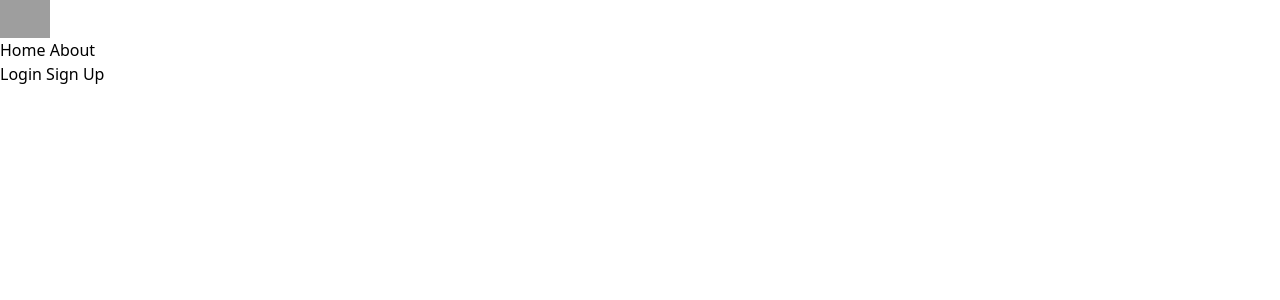
Repository: DaNiels89/tailwind-stawberries
Page: index.html
The author's editor kept a copy of each file at every save. The page is drawn from the files as they stood at one save, then again after the next save.
The browser window is 1280 px wide. The pictures show the whole page.
Pictures or frames that could not be fetched are drawn as grey boxes.

Above is the page before, as saved 2020-08-24 13:16:17.

### index.html
<!DOCTYPE html>
<html lang="en">
  <head>
    <meta charset="UTF-8" />
    <meta name="viewport" content="width=device-width, initial-scale=1.0" />
    <title>Website with Tailwind</title>
    <link
      href="https://unpkg.com/tailwindcss@^1.0/dist/tailwind.min.css"
      rel="stylesheet"
    />
  </head>
  <body>
    <header class="">
      <nav class="">
        <div>
          <img
            src="img/strawberry.png"
            alt="Mountain logo"
            class="Logo"
            width="50"
          />
          <a href="#" class="">Home</a>
          <a href="#" class="">About</a>
        </div>
        <div class="">
          <a href="#" class="">Login</a>
          <a href="#" class="">Sign Up</a>
        </div>
      </nav>
    </header>
    <main class=""></main>
    <footer class=""></footer>
  </body>
</html>

After the next save:
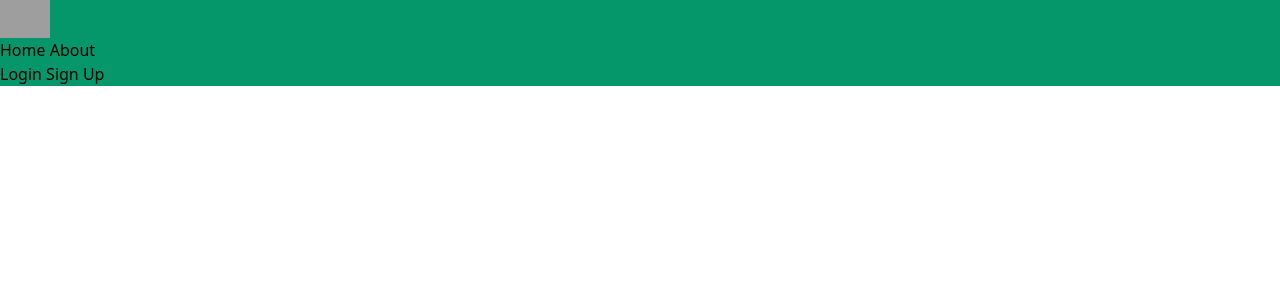
Saved 2 min 44 s later.
--- a/index.html
+++ b/index.html
@@ -10,7 +10,7 @@
     />
   </head>
   <body>
-    <header class="">
+    <header class="bg-green-600">
       <nav class="">
         <div>
           <img
